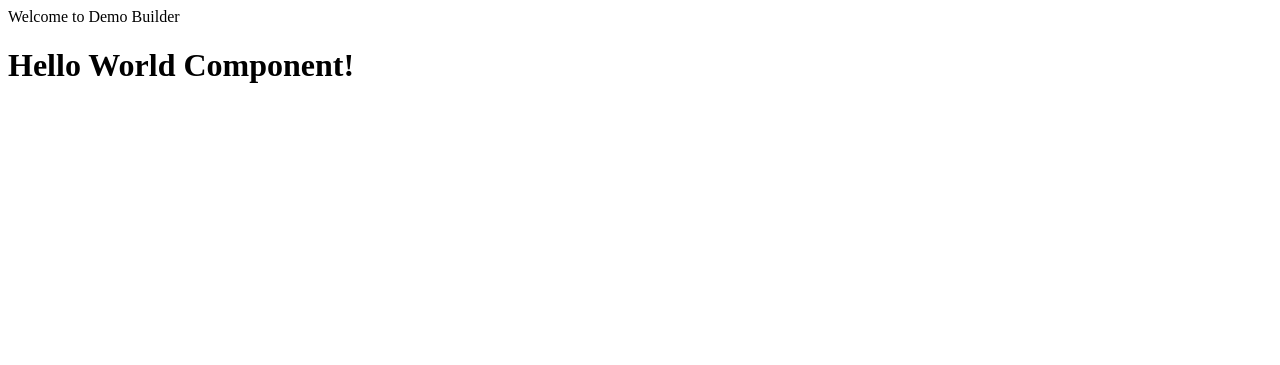
Repository: adityakulkarni000/DemoBuilder
Page: index.html
An editor plug-in stored every save of this project. The page is shown before and after the next save, followed by the edit.
The browser window is 1280 px wide. The pictures show the whole page.

Above is the page before, as saved 2022-06-19 00:16:01.

After the next save:
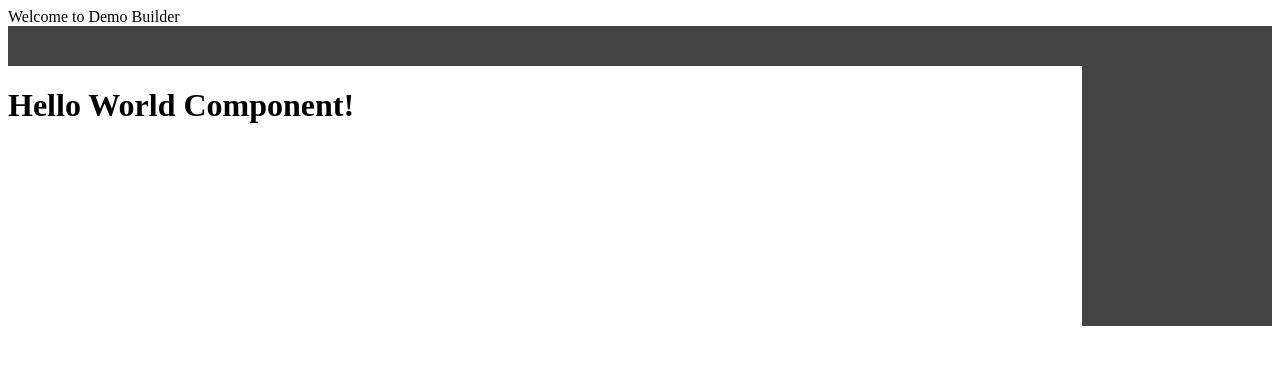
Saved 110 s later.
--- a/index.html
+++ b/index.html
@@ -8,6 +8,19 @@
         </div>
     </body>
     <script>
-
+        const editor = grapesjs.init({
+  // Indicate where to init the editor. You can also pass an HTMLElement
+  container: '#gjs',
+  // Get the content for the canvas directly from the element
+  // As an alternative we could use: `components: '<h1>Hello World Component!</h1>'`,
+  fromElement: true,
+  // Size of the editor
+  height: '300px',
+  width: 'auto',
+  // Disable the storage manager for the moment
+  storageManager: false,
+  // Avoid any default panel
+  panels: { defaults: [] },
+});
     </script>
 </html>
